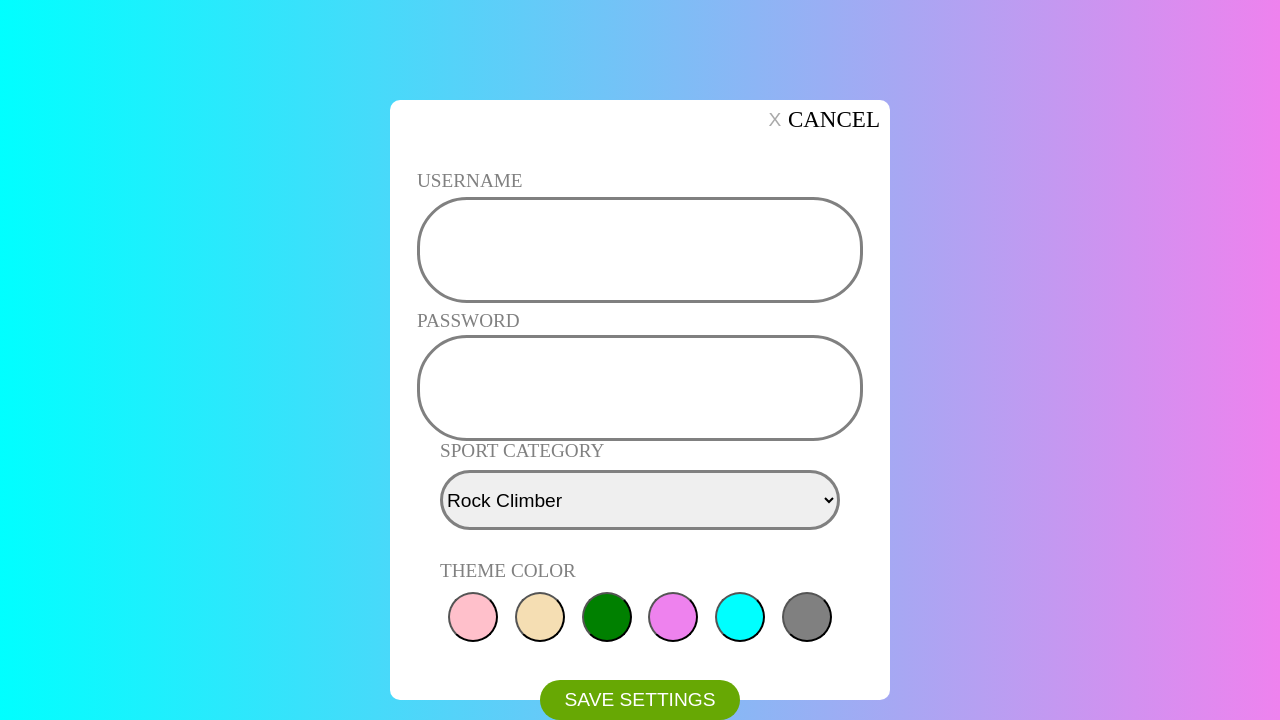
Repository: zRush1202/LoginPage-demo
Page: dom/exercise/login.html
These files come from the project's save history. The page is drawn as it stood at one moment and after the next save; the edit follows.
The browser window is 1280 px wide. The pictures show the whole page.

Above is the page before, as saved 2023-09-17 10:16:12.

### dom/exercise/login.html
<!DOCTYPE html>
<html lang="en">
<head>
    <meta charset="UTF-8">
    <meta name="viewport" content="width=device-width, initial-scale=1.0">
    <title>Login page</title>
    <link rel="stylesheet" href="login.css">
</head>
<body>
    <div class="login">
        <div class="cancel">
            <button class="X">X</button>
            <span class="cancel">CANCEL</span>
        </div>
        <div class="tk">
            <span class="us">USERNAME</span>
            <br>
            <input type="USERNAME" class="user">
            <br>
            <span class="pa">PASSWORD</span>
            <br>
            <input type="PASSWORD" class="pass">
            <br>
        </div>
        <div class="chosen">
            <label for="sport" class="lab">SPORT CATEGORY</label>
            <br>
            <select name="sport" id="sport" class="sel">
                <option value="rc">Rock Climber</option>
                <option value="fb">Football</option>
                <option value="bkb">basketball</option>
                <option value="sm">swimming</option>
            </select>
        </div>
        <div class="theme">
            <span class="tc">THEME COLOR</span>
            <br>
            <div class="color">
                <button class="bgc" style="background-color: pink;"> </button>
                <button class="bgc" style="background-color: wheat;"> </button>
                <button class="bgc" style="background-color: green;"> </button>
                <button class="bgc" style="background-color: violet;"> </button>
                <button class="bgc" style="background-color: cyan;"> </button>
                <button class="bgc" style="background-color: gray;"> </button>
            </div>
        </div>

        <button class="save">SAVE SETTINGS</button>
    </div>
</body>
</html>

### dom/exercise/login.css
* {
    margin: 0;
    padding: 0;
}

body {
    display: flex;
    justify-content: center;
    align-items: center;
    position: relative;
    top: 100px;
    background-image: linear-gradient(to right, cyan, violet);
}

.login {
    display: block;
    width: 500px;
    height: 600px;
    background-color: white;
    border: 0px solid black;
    border-radius: 10px;
    position: relative;
    display: flex;
    justify-content: center;
    align-items: center;
}

.cancel {
    position: absolute;
    right: 5px;
    top: 3px;
}

.cancel {
    font-size: 120%;

}

.X {
    height: 20px;
    width: 20px;
    color: darkgray;
    font-size: 100%;
    border: none;
    background-color: transparent;
    position: absolute;
    right: 100px;
    top: 6px;
}

.user, .pass {
    height: 60px;
    width: 400px;
    border-radius: 50px;
    border: 3px solid gray;
    margin-top: 5px;
    font-size: 140%;
    color: gray;
    padding: 20px;
}

.us, .pa {
    position: relative;
    left: 0px;
    font-size: 120%;
    color: gray;
}

.tk {
    position: absolute;
    top: 70px;
    height: 50%;
}

.pass {
    position: absolute;
    top: 160px;
}

.pa {
    position: absolute;
    top: 140px;
}

.bgc {
    height: 50px;
    width: 50px;
    border-radius: 25px;
}

.chosen {
    position: absolute;
    bottom: 190px;
    height: 70px;
    width: 400px;
}

.lab {
    position: absolute;
    height: 50px;
    width: 200px;
    font-size: 120%;
    color: gray;
    left: 0;
}

.sel {
    height: 60px;
    width: 400px;
    border-radius: 50px;
    position: absolute;
    top: 30px;
    font-size: 120%;
    border: 3px solid gray;

}

.theme {
    height: 70px;
    width: 400px;
    position: absolute;
    bottom: 70px;

}

.tc {
    position: relative;
    left: 0px;
    font-size: 120%;
    color: gray;
}

.color {
    height: 70px;
    width: 400px;
    position: absolute;
    display: flex;
    justify-content: space-around;
    align-items: center;
}

.save {
    position: absolute;
    bottom: -20px;
    height: 40px;
    width: 200px;
    font-size: 120%;
    background-color: rgb(103, 168, 4);
    color: white;
    border-radius: 30px;
    border: 0px solid white;
}

After the next save:
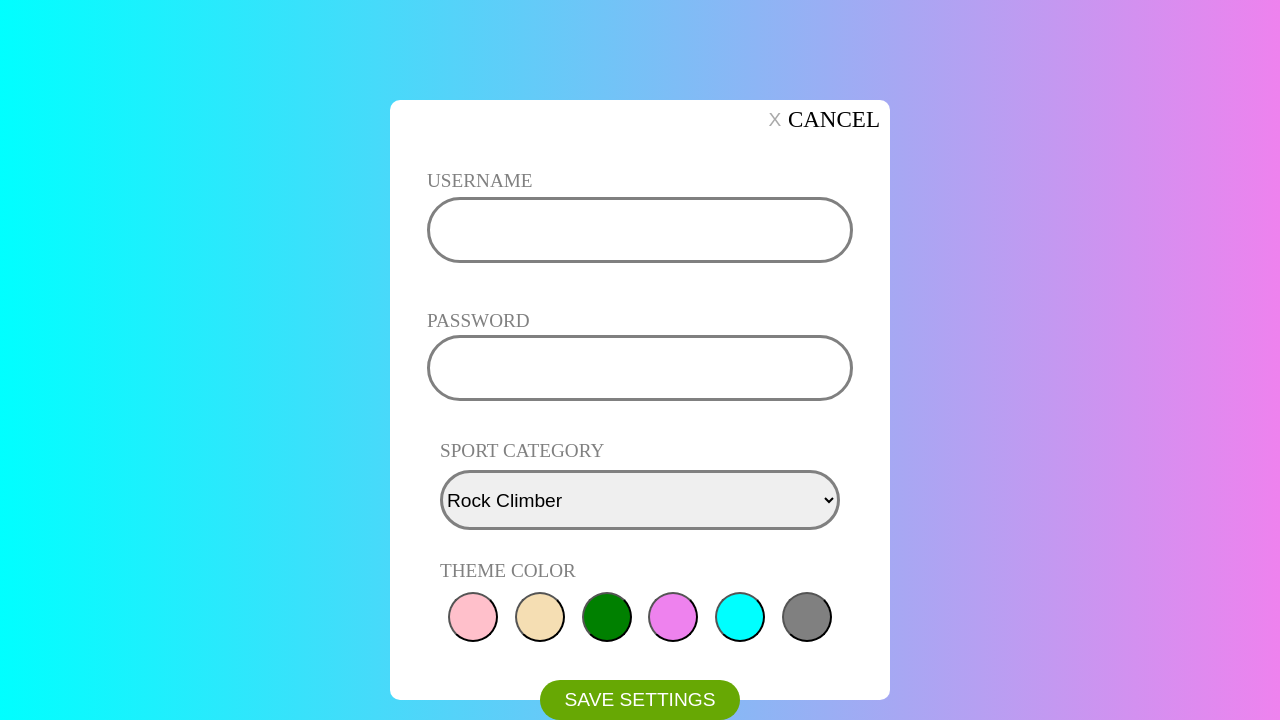
Saved 12 s later.
--- a/dom/exercise/login.css
+++ b/dom/exercise/login.css
@@ -56,7 +56,7 @@ body {
     margin-top: 5px;
     font-size: 140%;
     color: gray;
-    padding: 20px;
+    padding-right: 20px;
 }
 
 .us, .pa {
